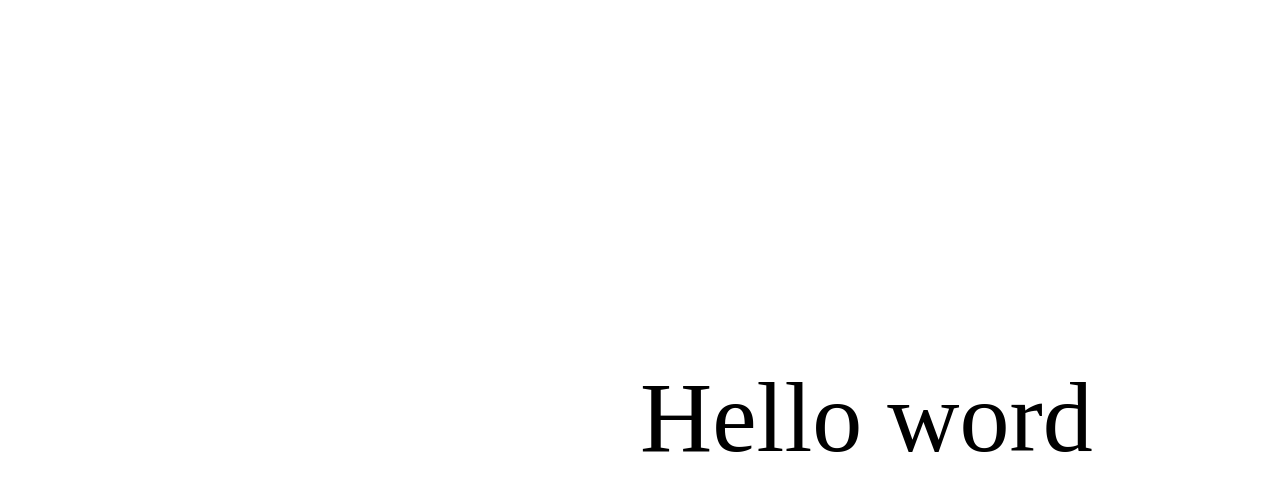
Repository: trantu2000/helloword
Page: index.html
An editor plug-in stored every save of this project. The page is shown before and after the next save, followed by the edit.
The browser window is 1280 px wide. The pictures show the whole page.

Above is the page before, as saved 2022-11-19 21:32:55.

After the next save:
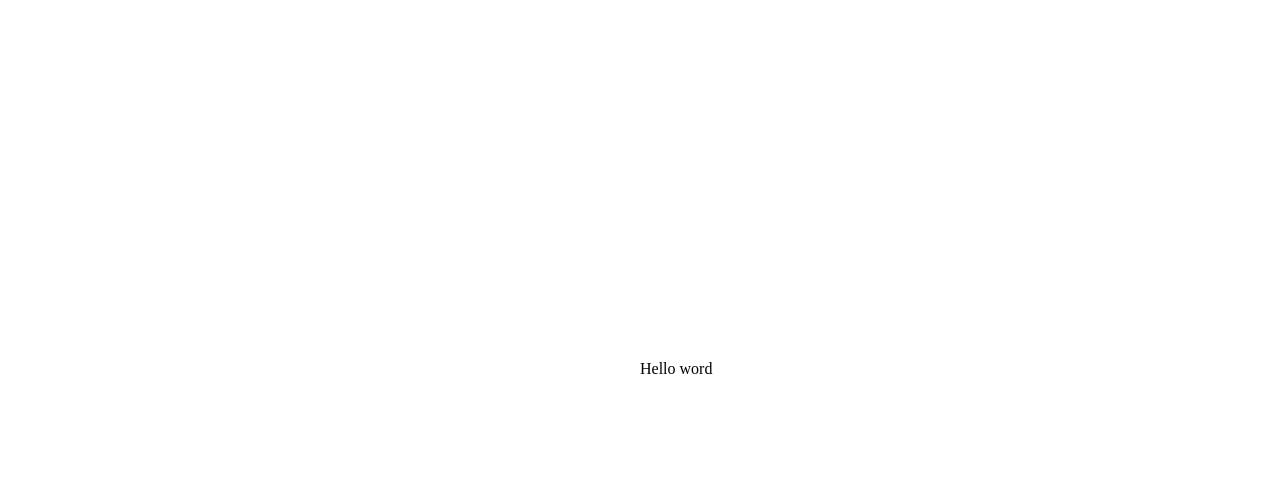
Saved 10 s later.
--- a/index.css
+++ b/index.css
@@ -6,5 +6,5 @@
     left: 50%;
     position: absolute;
 
-    font-size: 100px;
+
 }

After the save that followed:
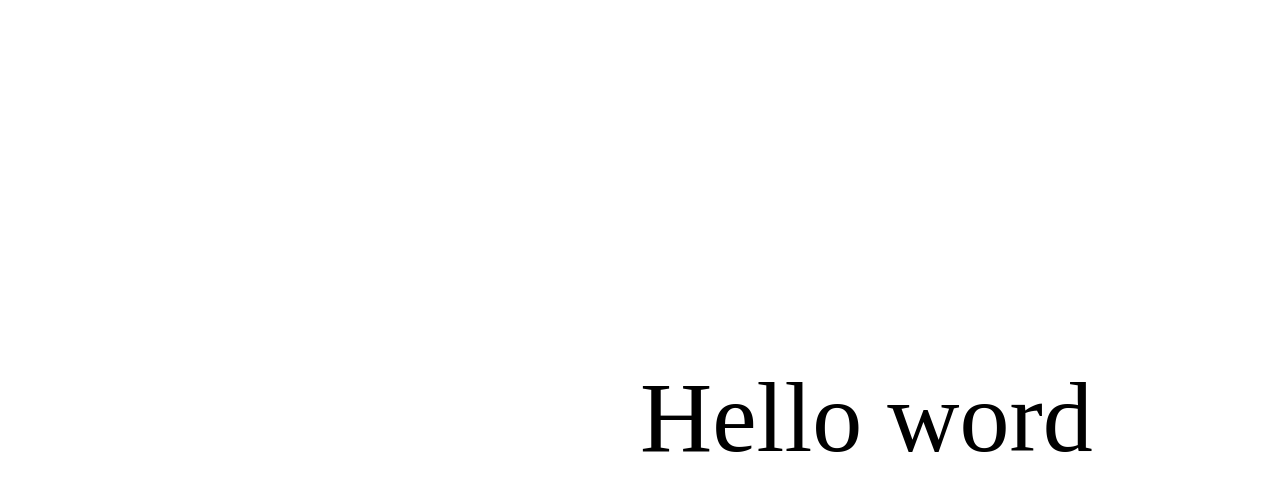
Saved 29 s later.
--- a/index.css
+++ b/index.css
@@ -5,6 +5,6 @@
     top:50%;
     left: 50%;
     position: absolute;
-
+    font-size: 100px;
 
 }
